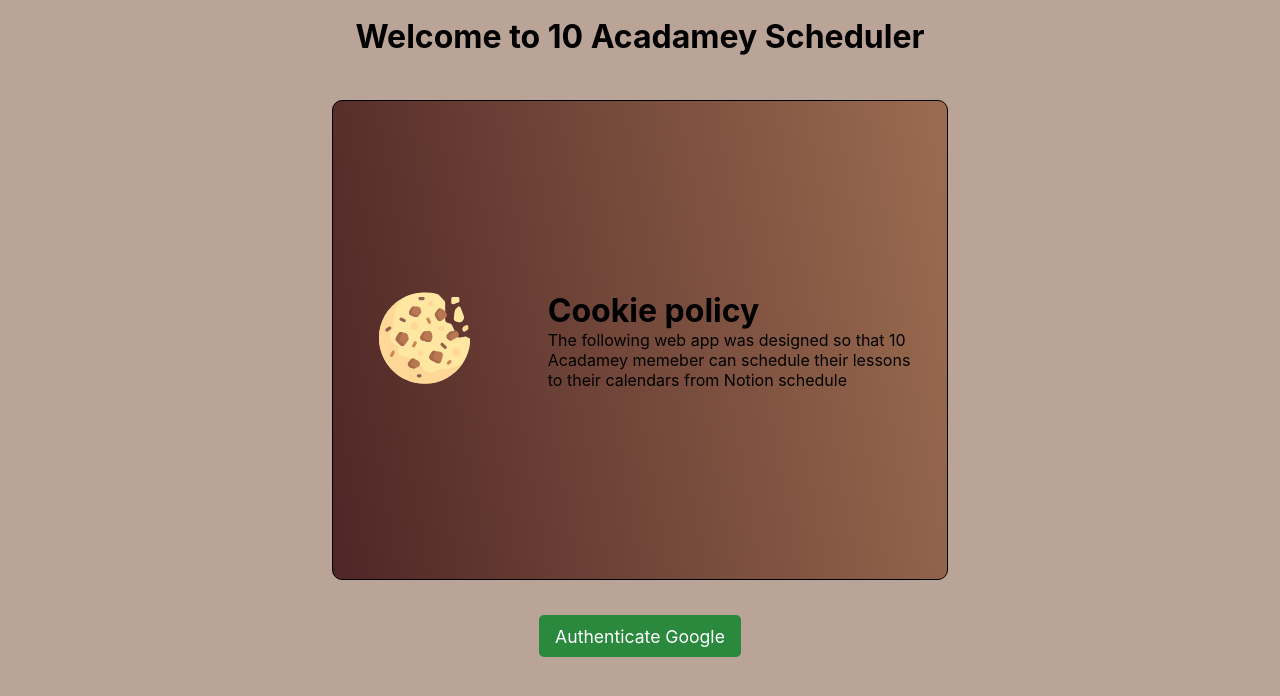
Repository: nebilarega/calendar-extractor
Page: / (app in frontend/)
An editor plug-in stored every save of this project. The page is shown before and after the next save, followed by the edit.
The browser window is 1280 px wide. The pictures show the whole page.
The project was rebuilt for these pictures with package versions that can differ from the ones it lists, and the page was loaded fresh each time.

Above is the page before, as saved 2022-08-25 00:08:07.

After the next save:
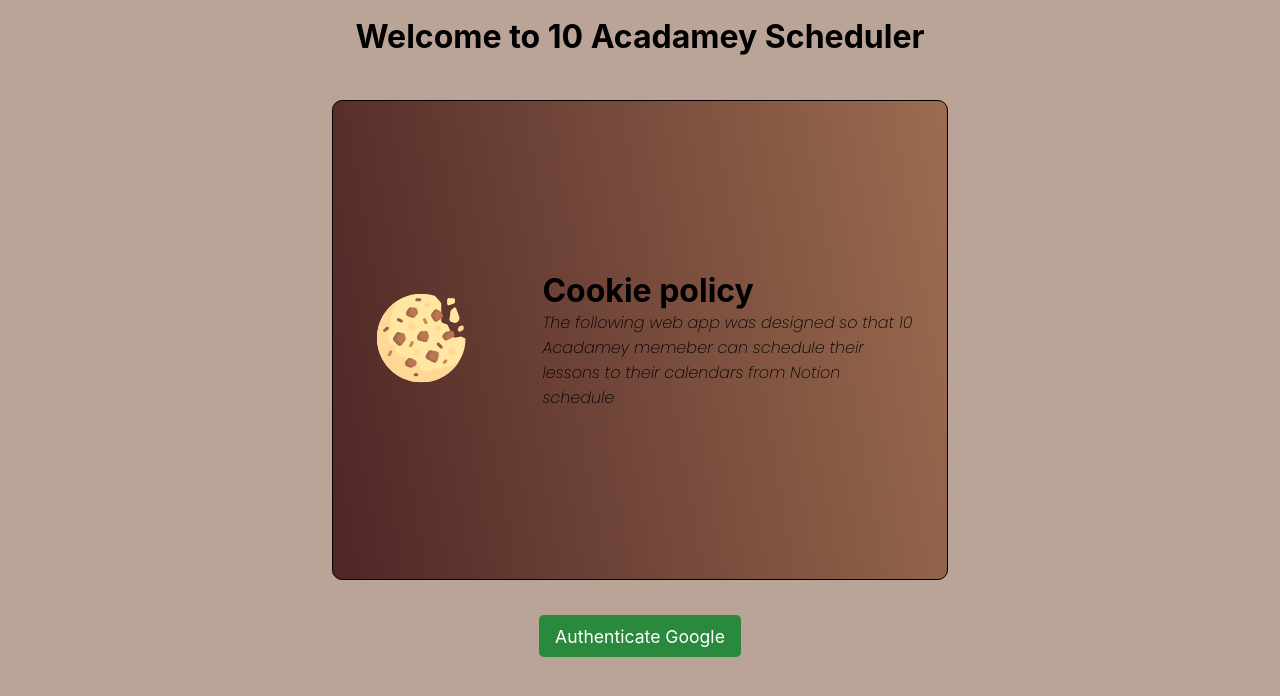
Saved 6 min 0 s later.
--- a/frontend/src/css/landing.css
+++ b/frontend/src/css/landing.css
@@ -1,4 +1,8 @@
 /* Box sizing rules */
+@font-face {
+  font-family: "Poppins";
+  src: url("../fonts/Poppins-ExtraLightItalic.ttf");
+}
 *,
 *::before,
 *::after {
@@ -123,6 +127,7 @@
 }
 .text {
   text-align: left;
+  font-family: "Poppins", Courier, monospace;
 }
 svg {
   width: 50%;
